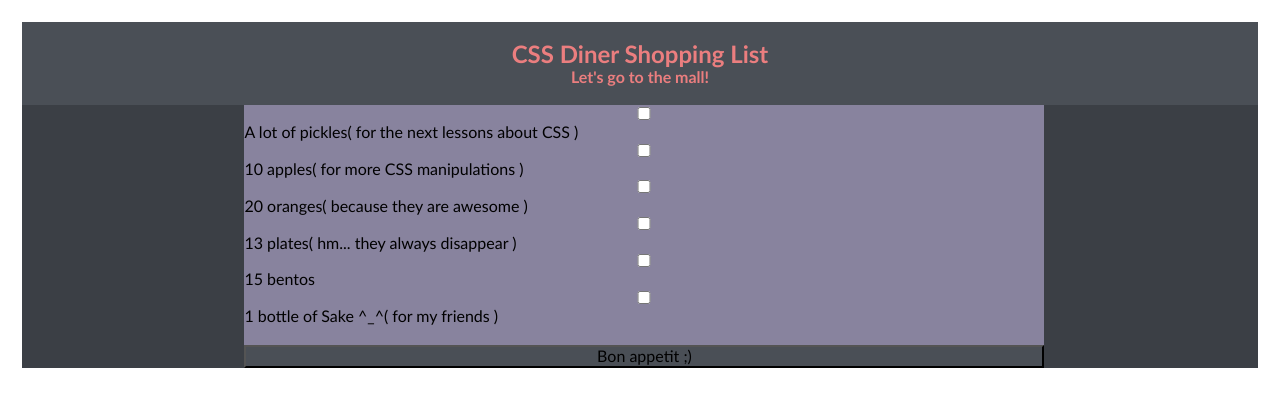
Repository: shpakovskaya/github.io
Page: selector css/shopping list/index.html
The author's editor kept a copy of each file at every save. The page is drawn from the files as they stood at one save, then again after the next save.
The browser window is 1280 px wide. The pictures show the whole page.

Above is the page before, as saved 2021-10-25 21:59:20.

### selector css/shopping list/index.html
<!DOCTYPE html>
<html lang="en">
  <head>
    <meta charset="UTF-8" />
    <meta http-equiv="X-UA-Compatible" content="IE=edge" />
    <meta name="viewport" content="width=device-width, initial-scale=1.0" />
    <title>Shopping list</title>
    <link rel="shortcut icon" href="./favicon.ico" type="image/x-icon" />
    <link
      rel="stylesheet"
      href="https://cdnjs.cloudflare.com/ajax/libs/normalize/8.0.1/normalize.min.css"
      integrity="sha512-NhSC1YmyruXifcj/KFRWoC561YpHpc5Jtzgvbuzx5VozKpWvQ+4nXhPdFgmx8xqexRcpAglTj9sIBWINXa8x5w=="
      crossorigin="anonymous"
      referrerpolicy="no-referrer"
    />
    <link rel="stylesheet" href="./style.css" />
  </head>
  <body>
    <div class="container">
      <header class="header">
        <header class="header__wrapper">
          <br />
          <h2>CSS Diner Shopping List</h2>
          <h4>Let's go to the mall!</h4>
          <br />
        </header>
      </header>
      <div class="list">
        <form class="list__wrapper">
          <div>
            <input type="checkbox" id="pickles" name="pickles" />
            <label for="pickles">
              <span class="e-pickles">A lot of pickles</span></label
            >
          </div>
          <div>
            <input type="checkbox" id="apples" name="apples" />
            <label for="apples">
              <span class="e-apples">10 apples</span>
            </label>
          </div>
          <div>
            <input type="checkbox" id="oranges" name="oranges" />
            <label for="oranges"
              ><span class="e-oranges">20 oranges</span>
            </label>
          </div>
          <div>
            <input type="checkbox" id="plates" name="plates" />
            <label for="plates"><span class="e-plates">13 plates</span></label>
          </div>
          <div>
            <input type="checkbox" id="bentos" name="bentos" />
            <label for="bentos"><span class="e-bentos">15 bentos</span></label>
          </div>
          <div>
            <input type="checkbox" id="bottle" name="bottle" />
            <label for="bottle"
              ><span class="e-bottle">1 bottle of Sake ^_^</span></label
            >
          </div>
          <div class="submit">
            <input type="submit" class="bon" value="Bon appetit ;)" />
          </div>
        </form>
      </div>
    </div>
  </body>
</html>

### selector css/shopping list/style.css
* {
  margin: 0;
  padding: 0;
  box-sizing: border-box;
  width: 100%;
  transition: all 0.1s ease-in;
}

.container {
  width: 100%;
  max-width: 1920px;
  height: 100%;
  box-sizing: border-box;
  background: #3b3f45;
  border: #ffff solid 22px;
  font-family: "Trebuchet MS", Arial, sans-serif;
}
.header__wrapper {
  width: 100%;
  height: 20%;
  color: #eb7e7f;
  background: #4a4f56;
  text-align: center;
}
.list__wrapper {
  box-sizing: border-box;
  width: 800px;
  background-color: #88839e;
  position: relative;
  left: 18%;
  display: block;
  justify-items: left;
}

.list__wrapper label {
  white-space: nowrap;
}

.e-pickles::after {
  content: "( for the next lessons about CSS )";
  font-size: 16px;
}

.e-apples::after {
  content: "( for more CSS manipulations )";
  font-size: 16px;
}

.e-oranges::after {
  content: "( because they are awesome )";
  font-size: 16px;
}

.e-plates::after {
  content: "( hm... they always disappear )";
  font-size: 16px;
}

.e-bottle::after {
  content: "( for my friends )";
  font-size: 16px;
}

.e-pickles::before {
  content: normal;
}

.bon {
  width: 100%;
  max-width: 1920px;
  box-sizing: border-box;
  background: #4a4f56;
  margin-top: 20px;
}

After the next save:
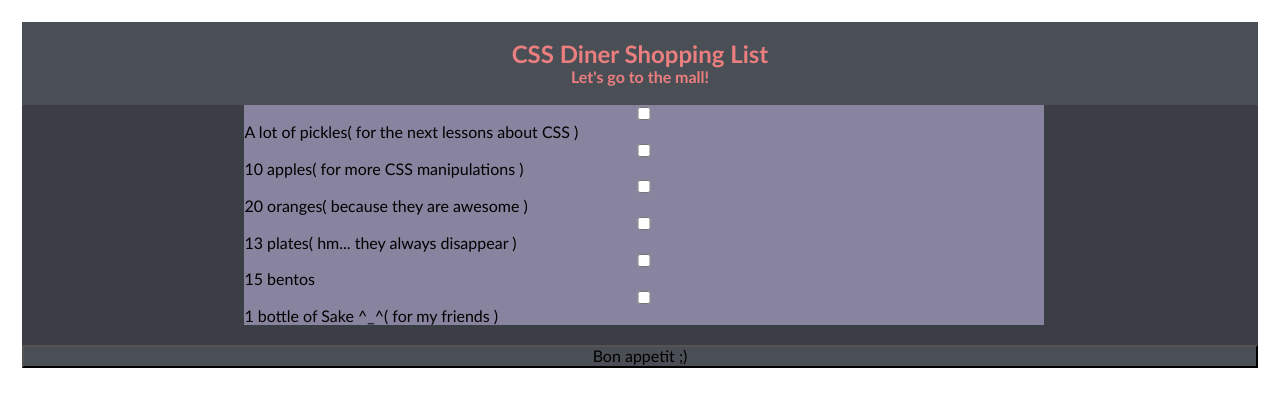
Saved 33 s later.
--- a/selector css/shopping list/index.html
+++ b/selector css/shopping list/index.html
@@ -59,10 +59,10 @@
               ><span class="e-bottle">1 bottle of Sake ^_^</span></label
             >
           </div>
-          <div class="submit">
-            <input type="submit" class="bon" value="Bon appetit ;)" />
-          </div>
         </form>
+      </div>
+      <div class="submit">
+        <input type="submit" class="bon" value="Bon appetit ;)" />
       </div>
     </div>
   </body>
